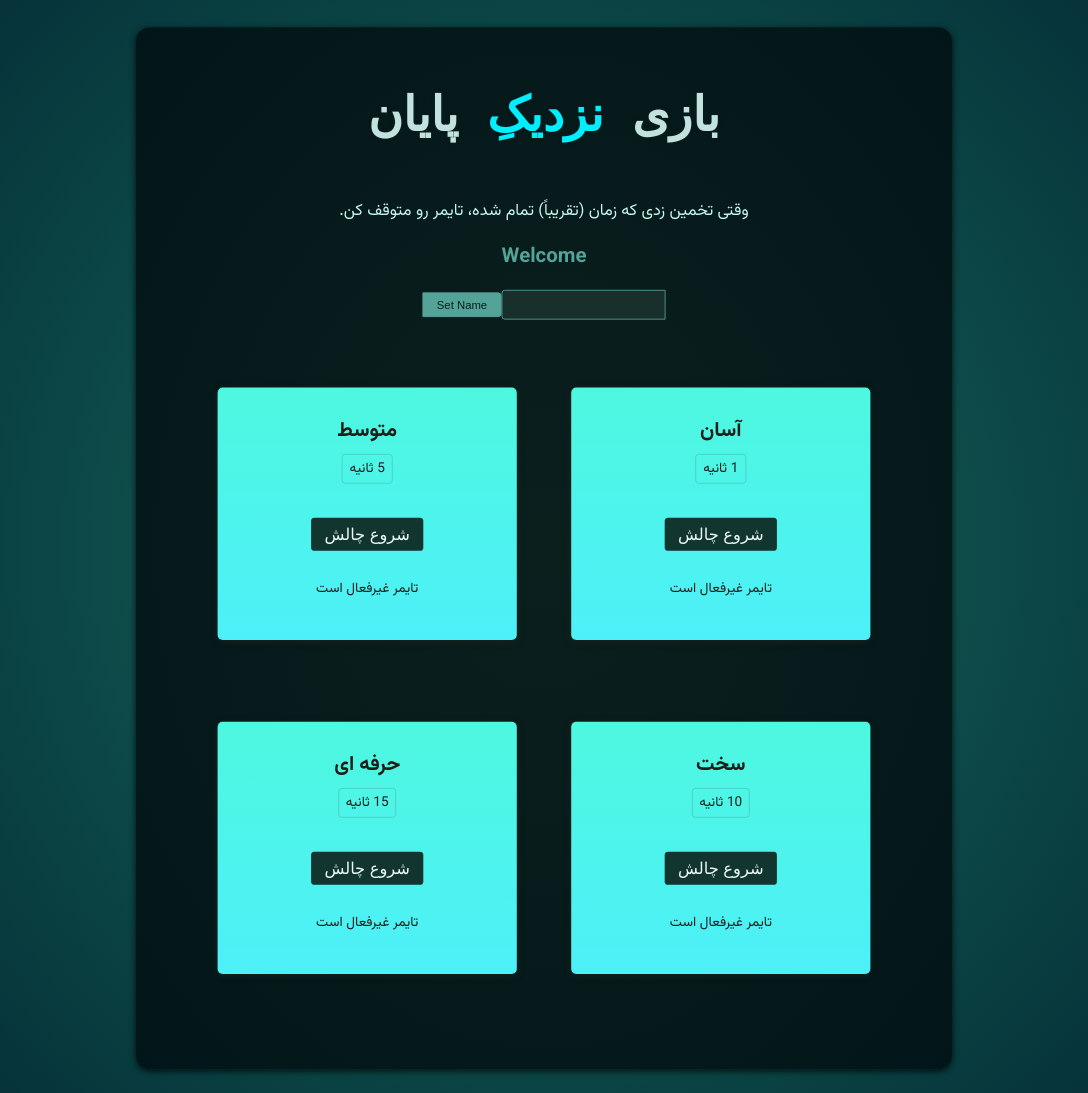
Repository: H-ala/react-near-end
Page: /
An editor plug-in stored every save of this project. The page is shown before and after the next save, followed by the edit.
The browser window is 1280 px wide. The pictures show the whole page, at 85% of full size.
The project was rebuilt for these pictures with package versions that can differ from the ones it lists, and the page was loaded fresh each time. Also part of the build but not shown: vite.config.js.

Above is the page before, as saved 2025-10-21 19:19:03.

After the next save:
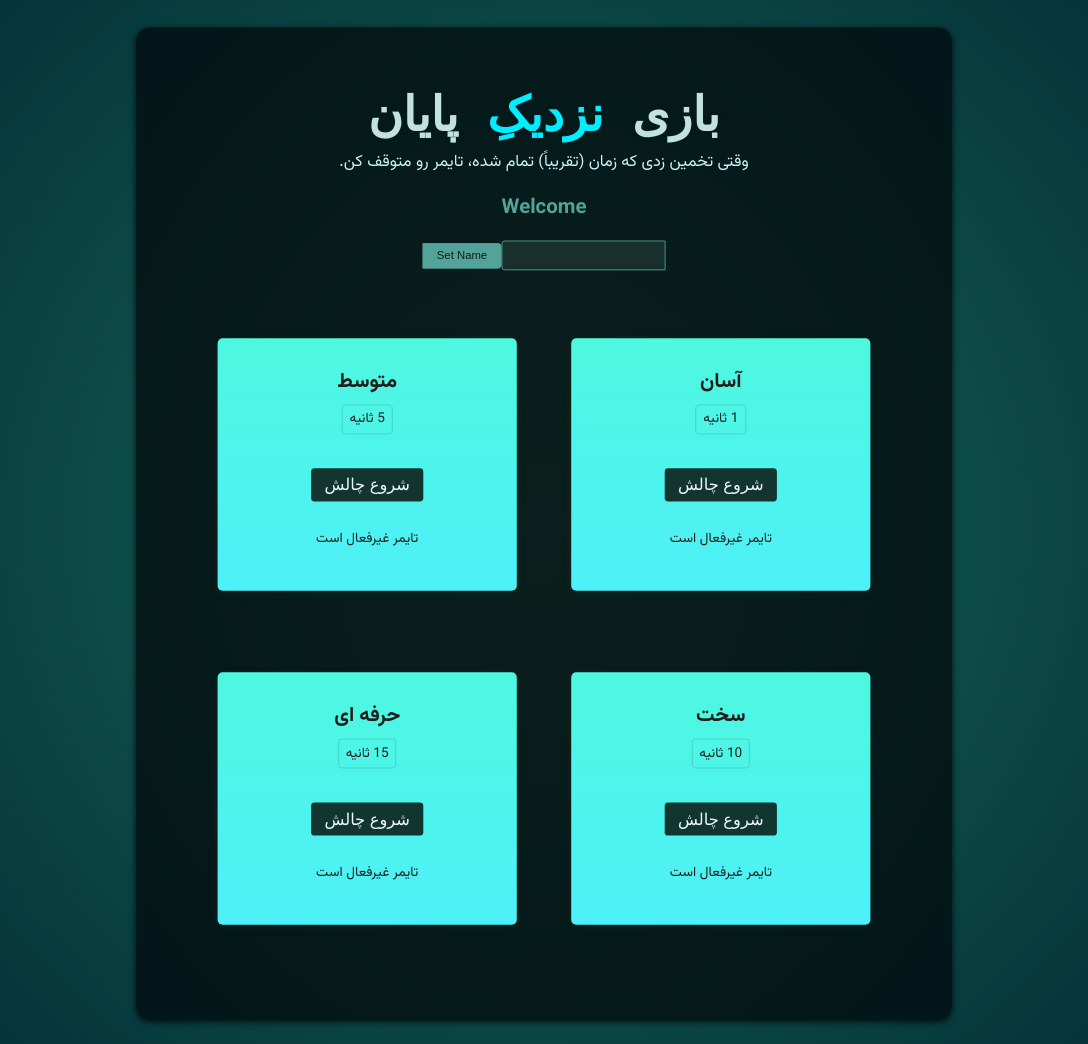
Saved 7 s later.
--- a/src/index.css
+++ b/src/index.css
@@ -31,7 +31,7 @@ h1 {
   color: #c1e2dd;
   text-shadow: 0 0 4px rgba(35, 34, 34, 0.4);
   font-size: 3.5rem;
-  margin-bottom: 7%;
+  margin-bottom: 0.3rem;
 }
 
 h1 em {
